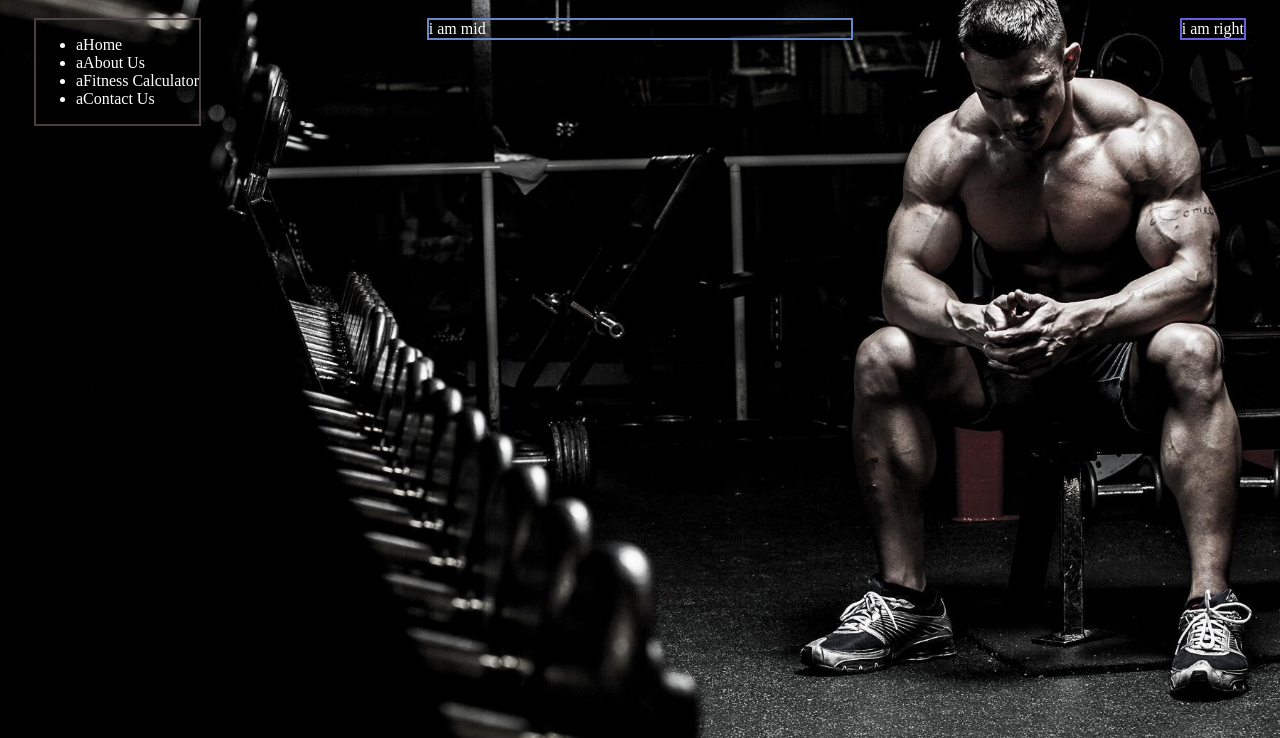
Repository: asthaasquare/project-1
Page: project-1/index.html
These files come from the project's save history. The page is drawn as it stood at one moment and after the next save; the edit follows.
The browser window is 1280 px wide. The pictures show the whole page.

Above is the page before, as saved 2024-05-09 10:47:07.

After the next save:
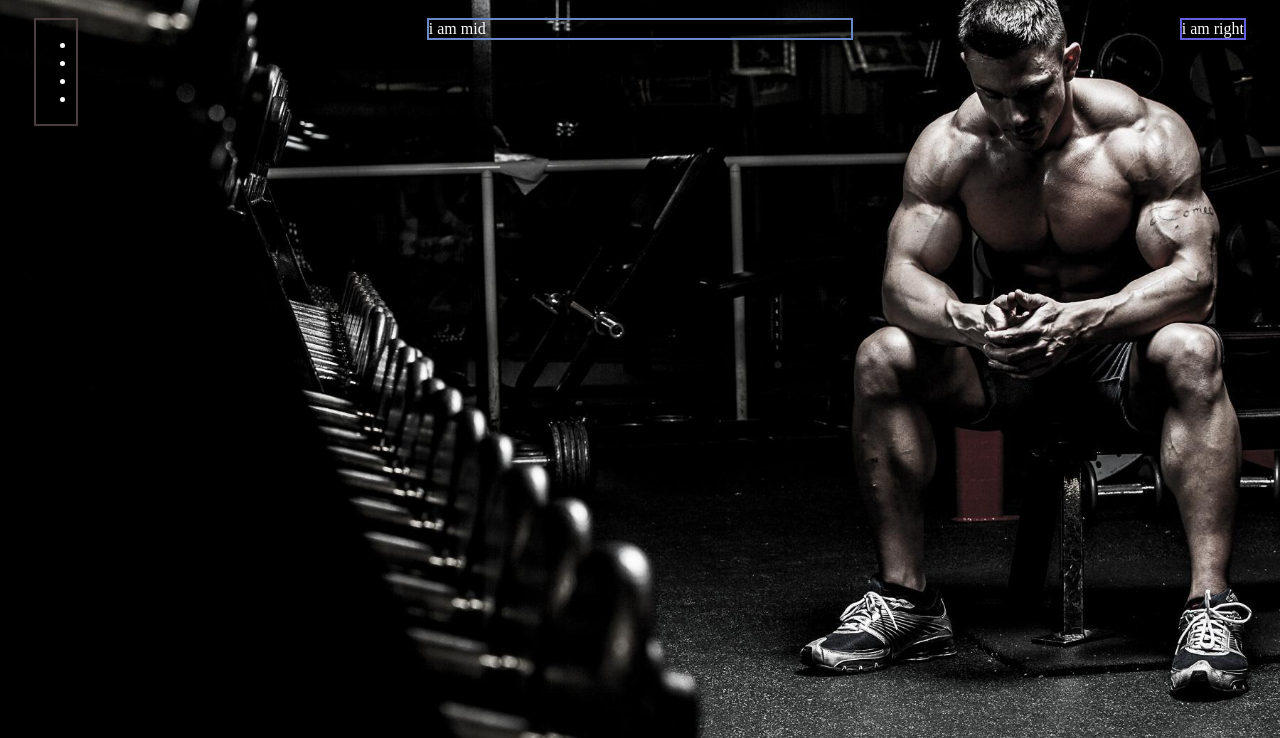
Saved 15 s later.
--- a/project-1/index.html
+++ b/project-1/index.html
@@ -48,10 +48,10 @@
     <header class="header">
       <div class="left">
        <ul class="navbar">
-        <li>aHome</li>
-        <li>aAbout Us</li>
-        <li>aFitness Calculator</li>
-        <li>aContact Us</li>
+        <li><aHome</li>
+        <li><aAbout Us</li>
+        <li><aFitness Calculator</li>
+        <li><aContact Us</li>
        </ul>
       </div>
       <div class="mid">i am mid</div>
